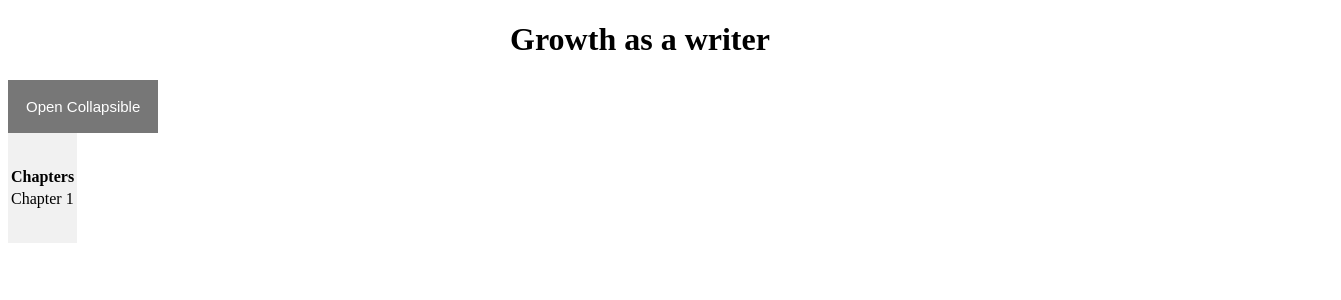
Repository: jpaisiem/WP-4
Page: index.html
An editor plug-in stored every save of this project. The page is shown before and after a run of saves, followed by the edit.
The browser window is 1280 px wide. The page is 1280 px wide, then 1341 px, so the pictures cover 1341 px, including what lies to the right of the window. The pictures show the whole page.

Above is the page before, as saved 2025-04-29 12:15:32.

After the next 2 saves:
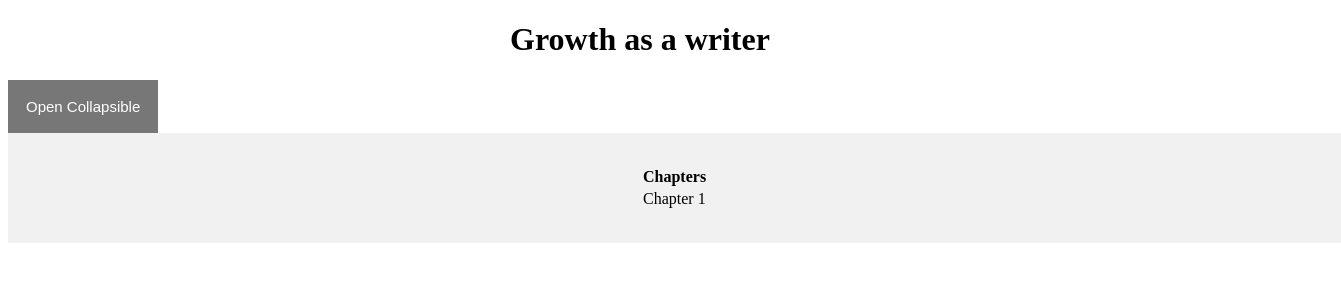
The 2 saves are shown as one change because they came seconds apart.
The last was saved 11 s later.
--- a/index.html
+++ b/index.html
@@ -26,7 +26,8 @@
   background-color: #f1f1f1;
   width: fit-content;
   height: fit-content;
-  padding-left: 50
+  padding-left: 50%;
+  padding-right: 50%;
 }
 </style>
 </head>
